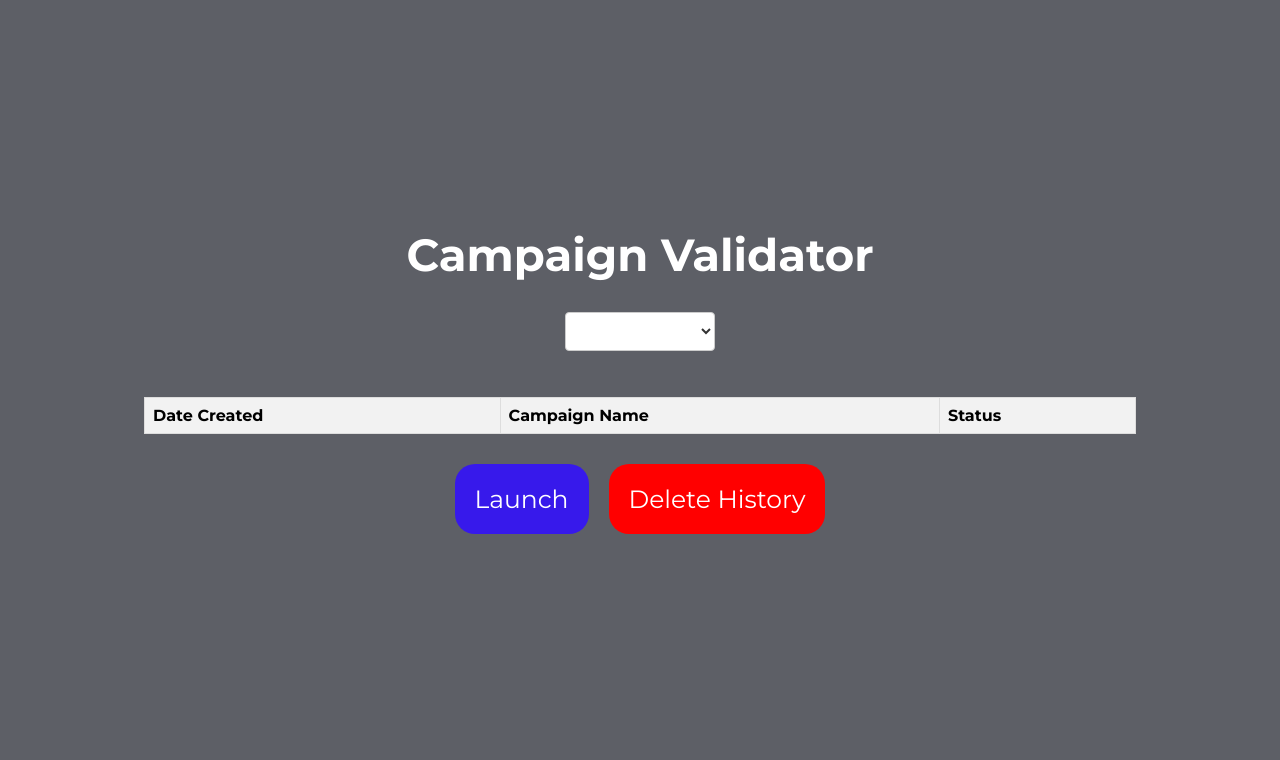
Repository: AbApin/project
Page: / (app in frontend/)
The author's editor kept a copy of each file at every save. The page is drawn from the files as they stood at one save, then again after the next save.
The browser window is 1280 px wide. The pictures show the whole page.
The page's requests for data from a server got no answer. The project was rebuilt for these pictures with package versions that can differ from the ones it lists, and the page was loaded fresh each time. No one was signed in, and anything a server would have sent is missing. Also part of the build but not shown: frontend/vue.config.js.

Above is the page before, as saved 2023-02-22 12:28:45.

After the next save:
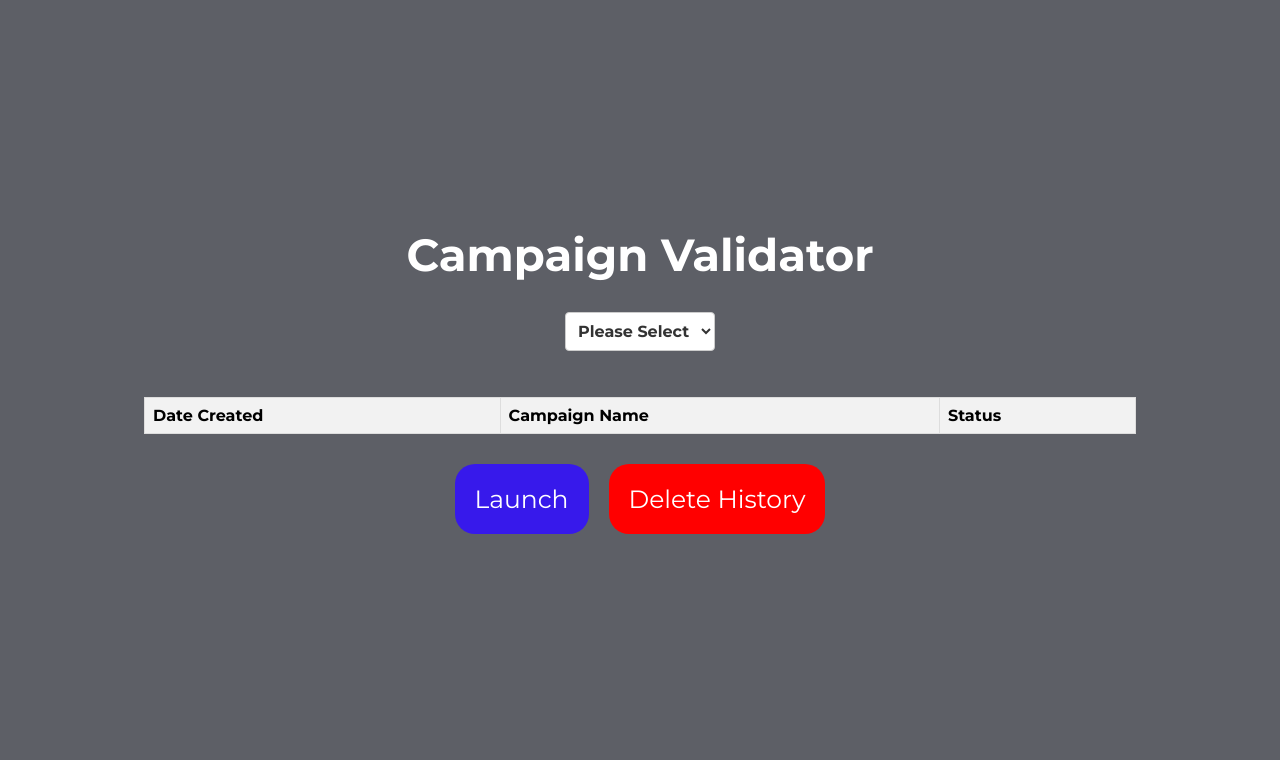
Saved 19 s later.
--- a/frontend/src/components/CampaignList.vue
+++ b/frontend/src/components/CampaignList.vue
@@ -19,7 +19,7 @@ export default {
   name: 'CampaignList',
   data() {
     return {
-      chooseCampaign: {},
+      chooseCampaign: '',
       campaigns: [],
     };
   },
